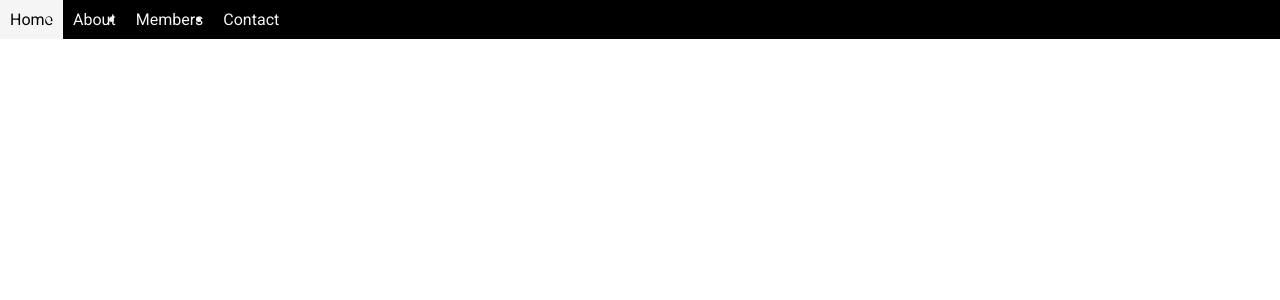
Repository: hieu-22/w3_band_UI
Page: index.html
An editor plug-in stored every save of this project. The page is shown before and after the next save, followed by the edit.
The browser window is 1280 px wide. The pictures show the whole page.

Above is the page before, as saved 2022-12-30 09:05:05.

### index.html
<!DOCTYPE html>
<html lang="en">
<head>
    <meta charset="UTF-8">
    <meta http-equiv="X-UA-Compatible" content="IE=edge">
    <meta name="viewport" content="width=device-width, initial-scale=1.0">
    <title>The band - by w3school</title>
    <link rel="stylesheet" href="assets/css/style.css">
    <link rel="preconnect" href="https://fonts.googleapis.com"><link rel="preconnect" href="https://fonts.gstatic.com" crossorigin><link href="https://fonts.googleapis.com/css2?family=Roboto:wght@100;300;400;500;700&display=swap" rel="stylesheet">
</head>
<body>
    <header class="header">
        <nav class="navigation-bar">
            <ul class="navigation-bar__list">
                <li class="navigation-bar__list-item">
                    Home
                </li>
                <li class="navigation-bar__list-item">
                    About
                </li>
                <li class="navigation-bar__list-item">
                    Members
                </li>
                <li class="navigation-bar__list-item">
                    Contact
                </li>
            </ul>
        </nav>
        <div class="banner"></div>
    </header>

    <main>

    </main>

    <footer>

    </footer>
</body>
</html>

### assets/css/style.css
* {
    box-sizing: border-box;
    padding: 0;
    margin: 0;

}

html {
    font-family: 'Roboto', sans-serif;
    font-size: 16px;
}

.navigation-bar {
    position: absolute;
    top: 0;
    left: 0;
    width: 100%;
    background-color: black;
}

.navigation-bar__list {
    display: flex;
    justify-content: flex-start;
    align-items: center;
    border-radius: 2px;
}

.navigation-bar__list-item {
    padding: 10px;
    color: whitesmoke;
}
.navigation-bar__list-item:hover {
    background-color: whitesmoke;
    color: black;
    cursor: pointer;
}

.banner {
    background-image: url('../img/img_la.jpg');
    background-size: cover;
}

After the next save:
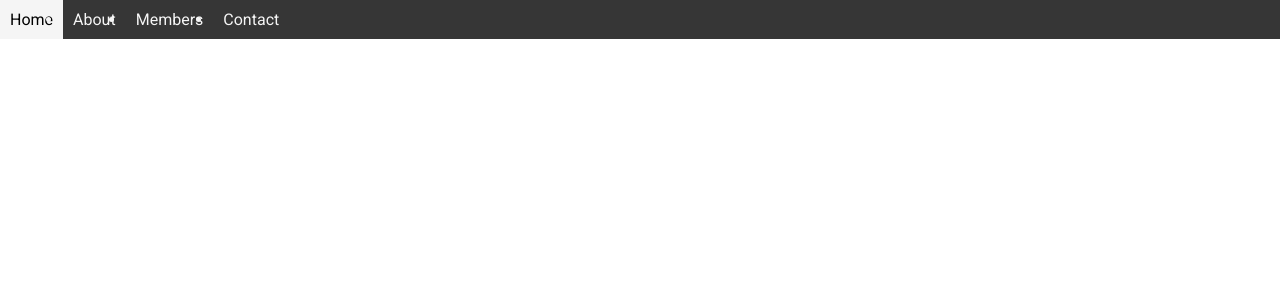
Saved 16 s later.
--- a/assets/css/style.css
+++ b/assets/css/style.css
@@ -15,7 +15,7 @@ html {
     top: 0;
     left: 0;
     width: 100%;
-    background-color: black;
+    background-color: rgb(54, 54, 54);
 }
 
 .navigation-bar__list {
